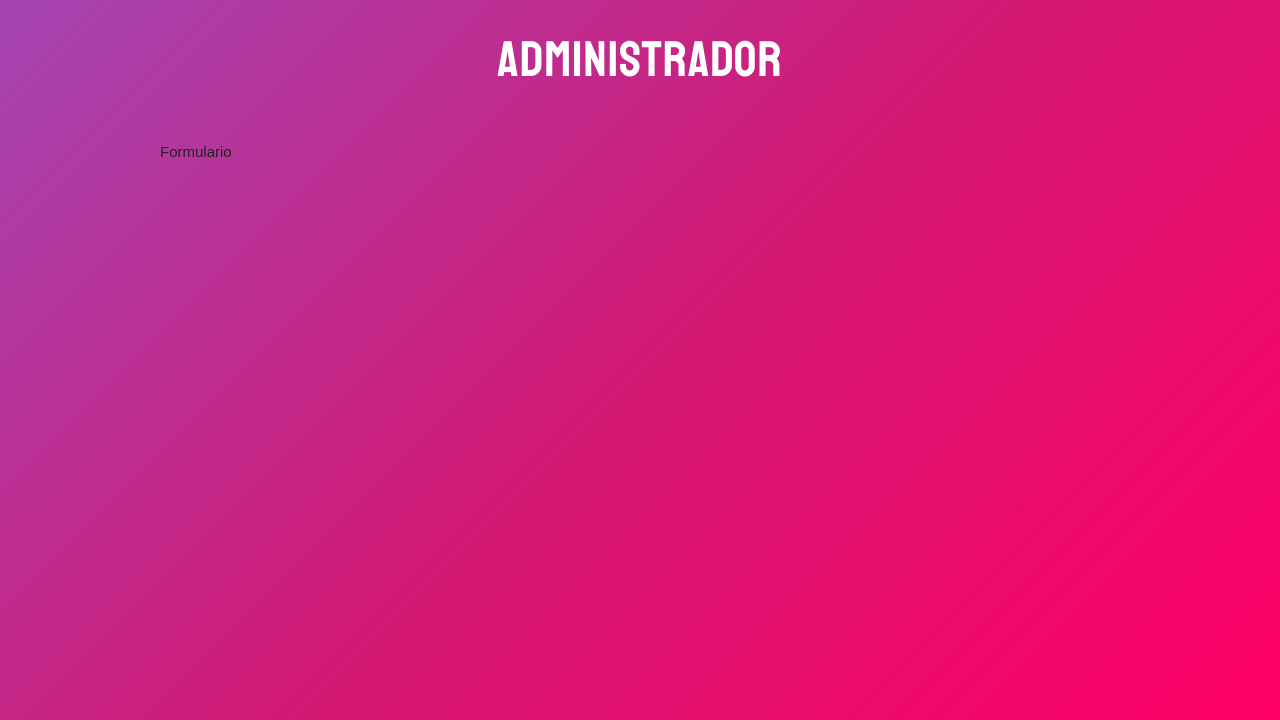
Repository: harrycampaz/citas-hooks-reactjs
Page: /
The author's editor kept a copy of each file at every save. The page is drawn from the files as they stood at one save, then again after a run of saves.
The browser window is 1280 px wide. The pictures show the whole page.
The project was rebuilt for these pictures with package versions that can differ from the ones it lists, and the page was loaded fresh each time.

Above is the page before, as saved 2020-01-20 15:22:54.

### src/App.js
import React, {useState, Fragment} from 'react';
import FormComponent from './components/FormComponent';


function App() {

  const [citas, setCita]= useState([]);

  console.log(citas);


  return (
    <Fragment>
    <h1>Administrador</h1>
    <div className="container">
      <div className="row">
        <FormComponent/>
      </div>
    </div>
    </Fragment>
  );
}

export default App;

### src/components/FormComponent.js
import React from 'react';

function FormComponent(props) {
    return (
        <div>
            <p>Formulario</p>
        </div>
    );
}

export default FormComponent;

Loaded but not shown: public/index.html (common file); src/index.js (common file); src/index.css (common file); src/serviceWorker.js (common file)

After the next 3 saves:
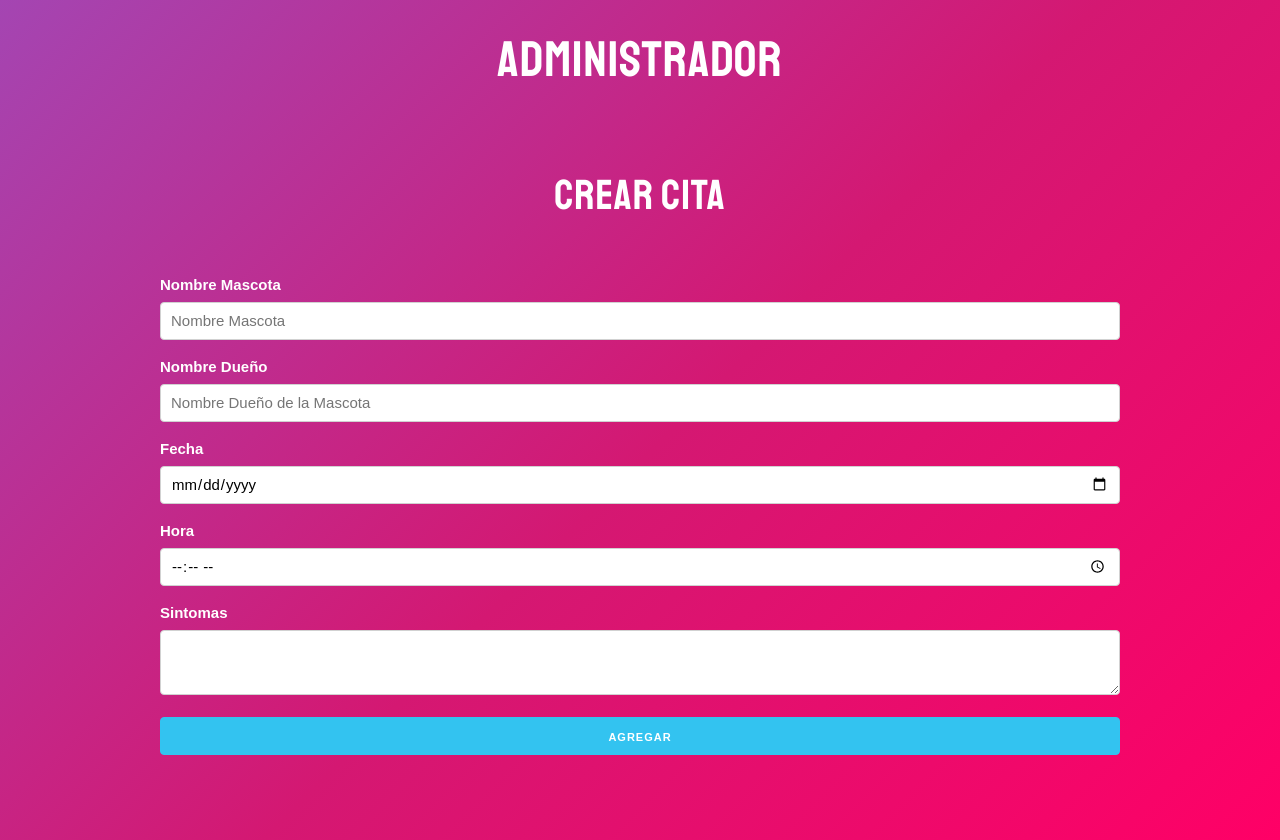
The 3 saves are shown as one change because 2 did not build or start.
The last was saved 2 min 29 s later.
--- a/src/components/FormComponent.js
+++ b/src/components/FormComponent.js
@@ -1,10 +1,50 @@
-import React from 'react';
+import React,{Fragment} from 'react';
 
 function FormComponent(props) {
     return (
-        <div>
-            <p>Formulario</p>
-        </div>
+        <Fragment>
+      <h2>Crear Cita</h2>
+
+      <form>
+                  <label>Nombre Mascota</label>
+                  <input
+                    type="text"
+                    name="mascota"
+                    className="u-full-width"
+                    placeholder="Nombre Mascota"
+                  />
+
+                  <label>Nombre Dueño</label>
+                  <input
+                    type="text"
+                    name="propietario"
+                    className="u-full-width"
+                    placeholder="Nombre Dueño de la Mascota"
+                  />
+
+                  <label>Fecha</label>
+                  <input
+                    type="date"
+                    className="u-full-width"
+                    name="fecha"
+                  />
+
+                  <label>Hora</label>
+                  <input
+                    type="time"
+                    className="u-full-width"
+                    name="hora"
+                  />
+
+                  <label>Sintomas</label>
+                  <textarea
+                    className="u-full-width"
+                    name="sintomas"
+                  ></textarea>
+
+                  <button type="submit" className="button-primary u-full-width">Agregar</button>
+          </form>
+  </Fragment>
     );
 }
 
